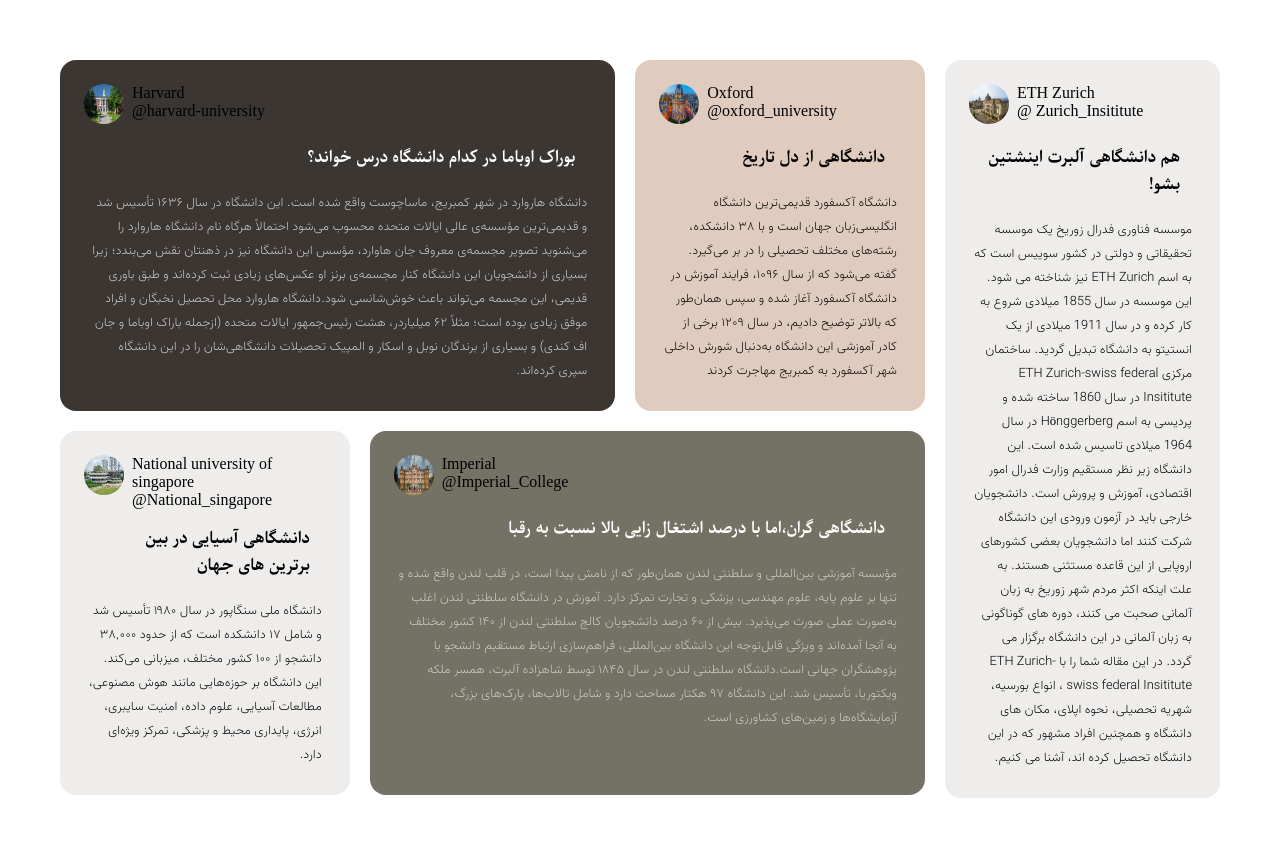
Repository: rahanwz/cards
Page: cards.html
An editor plug-in stored every save of this project. The page is shown before and after the next save, followed by the edit.
The browser window is 1280 px wide. The pictures show the whole page.

Above is the page before, as saved 2024-02-17 16:15:29.

After the next save:
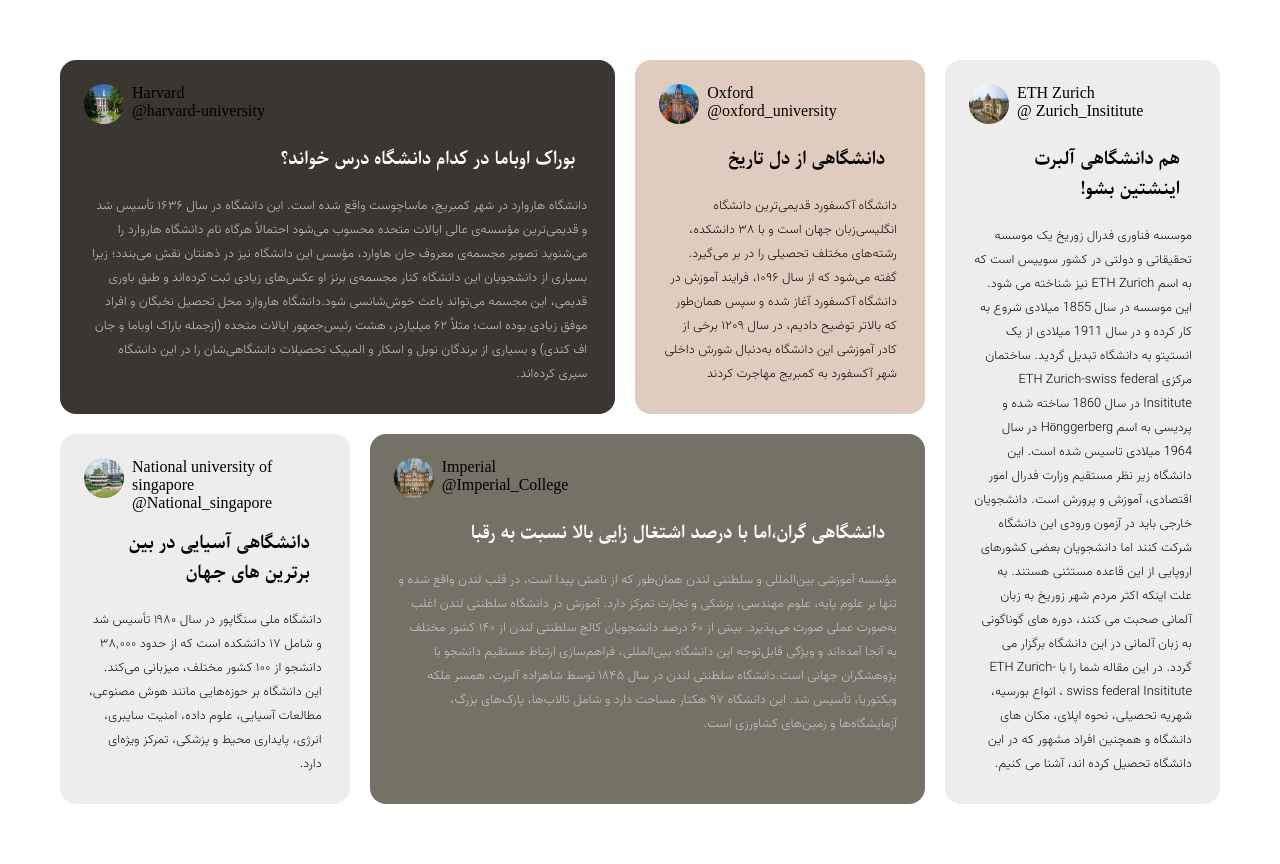
Saved 18 s later.
--- a/cards.css
+++ b/cards.css
@@ -96,7 +96,7 @@
 }
 
 .descrip1{
- font-size: 1rem;
+ font-size: 1.1rem;
  padding: 1rem;
  font-family: titr;
 }
